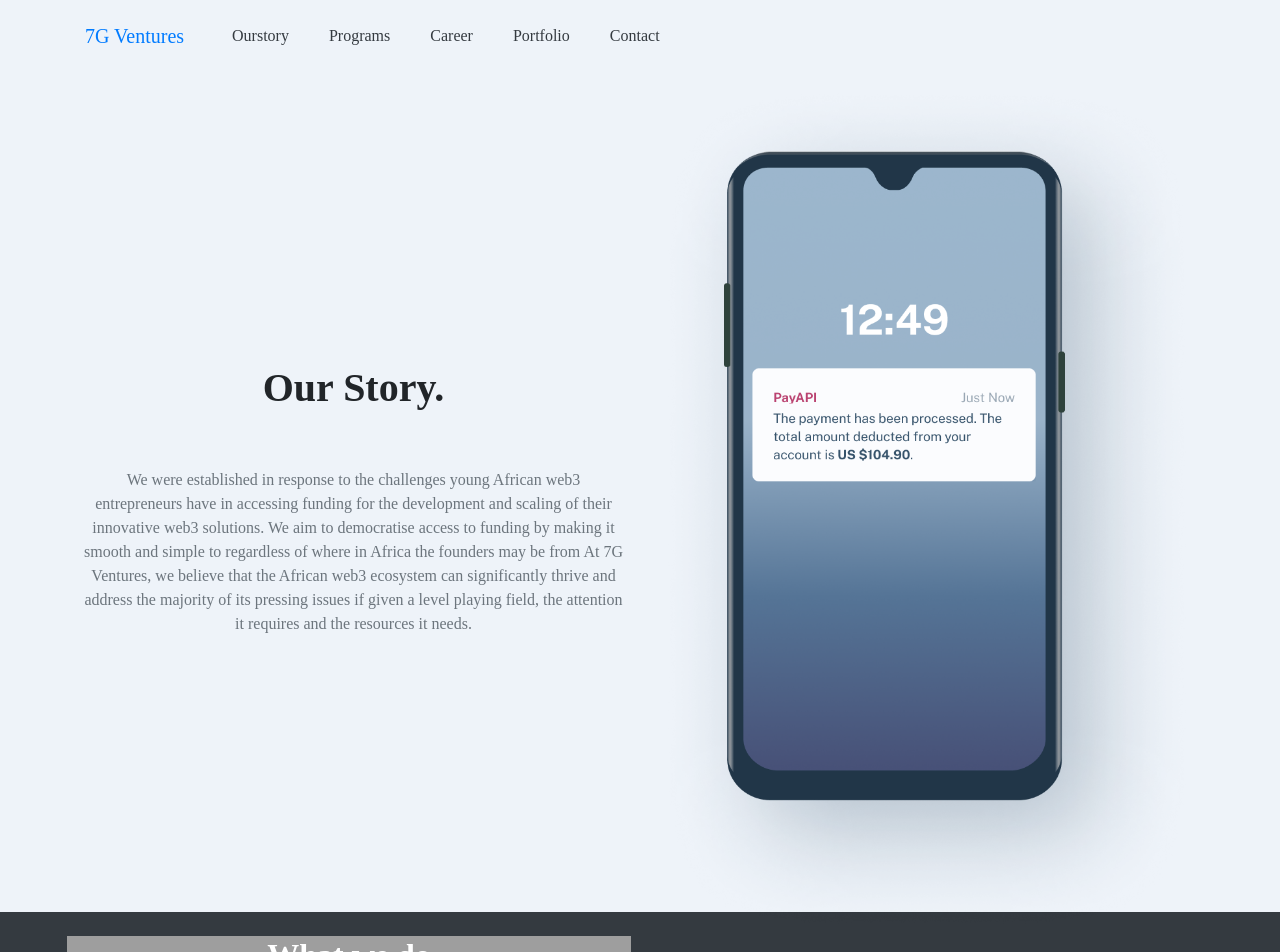
Repository: Jeremicarose/G7-venture
Page: index.html
An editor plug-in stored every save of this project. The page is shown before and after the next save, followed by the edit.
The browser window is 1280 px wide. The pictures show the part of the page from y = 0 to 952 px (the page is 3172 px tall before and 3188 px after).
Pictures or frames that could not be fetched are drawn as grey boxes.

Above is the page before, as saved 2023-02-03 18:47:54.

After the next save:
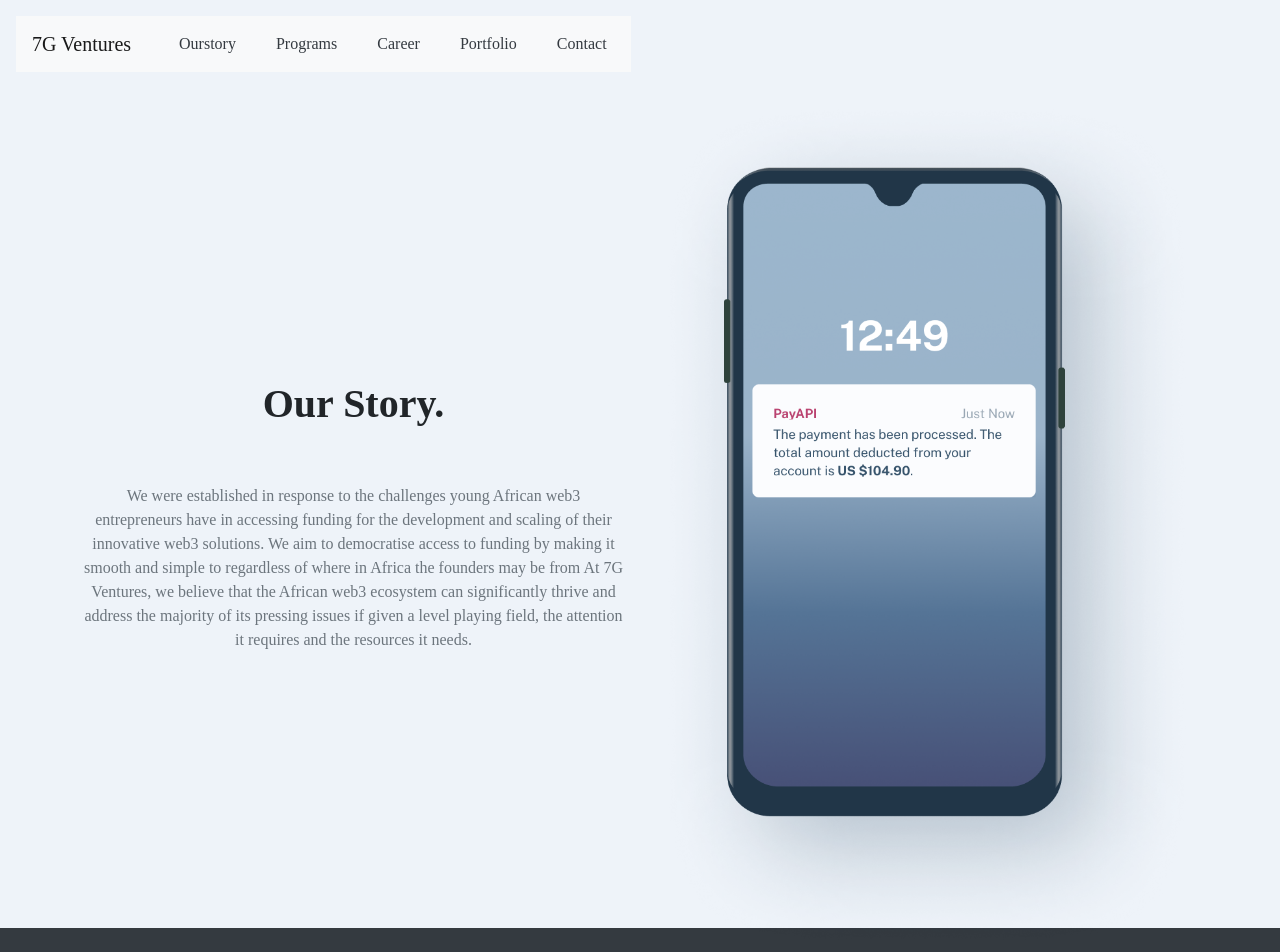
Saved 113 s later.
--- a/index.html
+++ b/index.html
@@ -26,15 +26,16 @@
     <!-- navbar -->
     <section>
       <nav class="navbar navbar-expand-md pt-3 pb-4">
-        <div class="container align-items-center">
-          <!-- navbar brand  -->
+        <nav class="navbar navbar-expand-lg navbar-light bg-light">
           <a class="navbar-brand" href="#">7G Ventures</a>
-          <!-- toggle button for mobile nav -->
           <button
             class="navbar-toggler"
             type="button"
-            data-bs-toggle="collapse"
-            data-bs-target="#main-nav"
+            data-toggle="collapse"
+            data-target="#navbarNav"
+            aria-controls="navbarNav"
+            aria-expanded="false"
+            aria-label="Toggle navigation"
           >
             <span class="navbar-toggler-icon"></span>
           </button>
